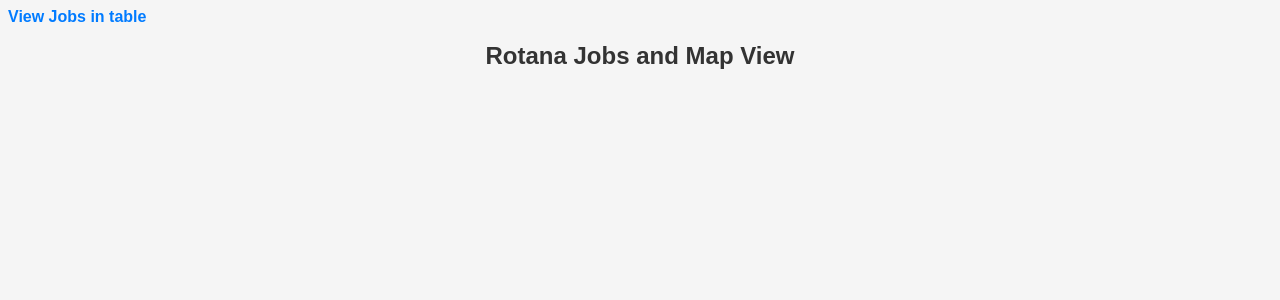
Repository: Reham28/RotanaJobs
Page: public/map.html
These files come from the project's save history. The page is drawn as it stood at one moment and after the next save; the edit follows.
The browser window is 1280 px wide. The pictures show the whole page.

Above is the page before, as saved 2023-09-16 18:56:57.

After the next save:
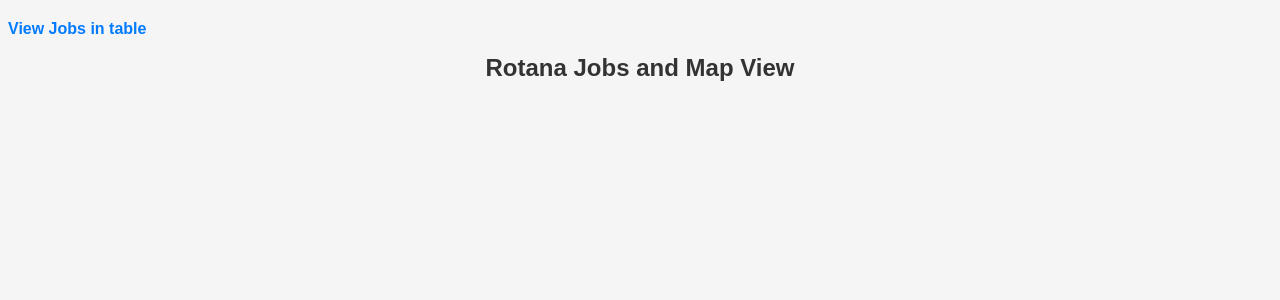
Saved 22 min 36 s later.
--- a/public/map.html
+++ b/public/map.html
@@ -7,9 +7,11 @@
   <link rel="stylesheet" href="style.css">
 </head>
 <body>
+    <div class="top-bar">
     <div class="nav-link">
         <a href="index.html">View Jobs in table</a>
       </div>
+    </div>
   <h1>Rotana Jobs and Map View</h1>
   <div id="map"></div>
 
